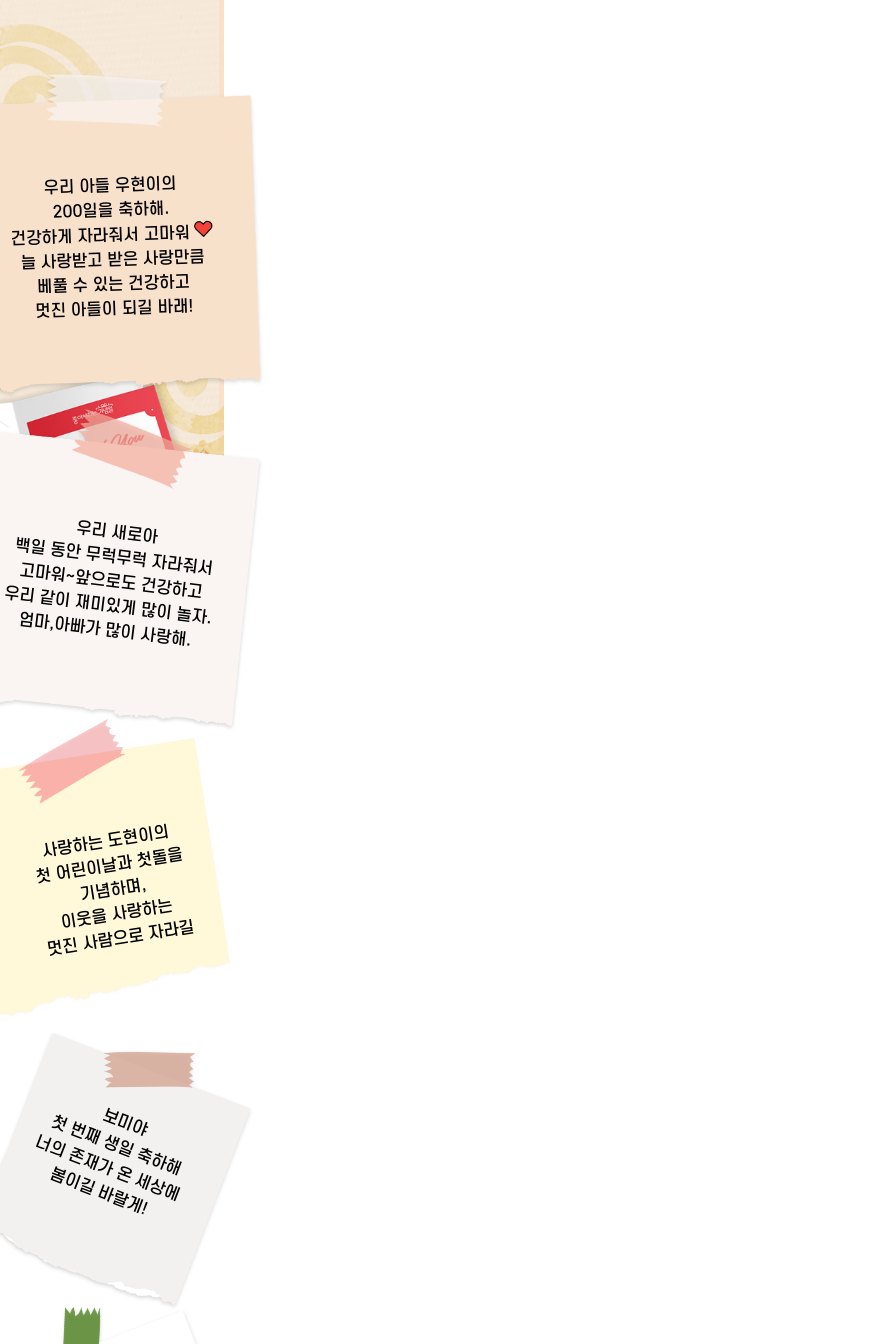
Repository: dlgywls1130/save_the_m320
Page: index.html
These files come from the project's save history. The page is drawn as it stood at one moment and after the next save; the edit follows.
The browser window is 1280 px wide. The pictures show the part of the page from y = 1003 to 2923 px (the page is 10040 px tall), at 70% of full size.

Above is the page before, as saved 2023-12-21 01:06:05.

### index.html
<!DOCTYPE html>
<html lang="en">
<head>
    <meta charset="UTF-8">
    <meta name="viewport" content="width=device-width, initial-scale=1.0">
    <title>세이브더칠드런</title>

    <link rel="stylesheet" href="./css/reset.css">
    <link rel="stylesheet" href="./css/style.css">

</head>
<body>
    <div class="content_body">
        <section class="section_wrapper section01">
            <div class="se01 se_wrapper">
                <div class="seo01_mobile_wrapp">
                    <div class="se01_sub">
                        <div class="sub_logo">
                            <img src="./img/logo01.png" alt="logo">
                        </div>
                        <p>우리 아기 좋은 날 기부</p>
                    </div>
                    <p class="seo01_title">
                        아가야,
                    </p>
                    <p class="seo01_title_two">
                        너의 <span id="rollingText">탄생</span> 순간을 축하해!
                    </p>
                </div>
                <div class="seo01_mobile_wrapp_bottom">
                    <p class="section_descript mb-45">
                        아이의 건강과 행복을
                        <br>바라는 마음을 담아,
                        <br>탄생, 백일, 첫 걸음마, 첫돌 등
                        <br>내 아이의 소중한 순간을
                        <br>기부로 기념해보세요.
                        <br>함께 자라나는 다른 아이들
                        <br>에게도 큰 축복이 됩니다..
                    </p>

                    <a class="donation_link" href="javascript:void(0)">우리 아기 좋은 날 기부</a>
                </div>

            </div>
        </section>
        <section class="section_wrapper section02">
            <div class="se02 se_wrapper">
                <div class="postit_wrapper">
                    <div class="postit postit01">
                        <p>우리 아들 우현이의<br>
                        200일을 축하해.<br>
                        <span>건강하게 자라줘서 고마워 <img src="./img/heart.png"></span>
                        늘 사랑받고 받은 사랑만큼<br>
                        베풀 수 있는 건강하고<br>
                        멋진 아들이 되길 바래!</p>
                    </div>
                    <div class="postit postit02">
                        <p>우리 새로아<Br>
                        백일 동안 무럭무럭 자라줘서<Br>
                        고마워~앞으로도 건강하고<Br>
                        우리 같이 재미있게 많이 놀자.<Br>
                        엄마,아빠가 많이 사랑해.</p>
                    </div>

                    <div class="postit postit05">
                        <p>사랑하는 도현이의<br>
                        첫 어린이날과 첫돌을<br>
                        기념하며, <br>
                        이웃을 사랑하는<br>
                        멋진 사람으로 자라길</p>

                    </div>
                    <div class="postit postit04">
                        <p>보미야<br>
                        첫 번째 생일 축하해<br>
                        너의 존재가 온 세상에<br>
                        봄이길 바랄게!   </p>
                    </div>

                    <div class="postit postit03">
                        <p>서진아<br>
                        우리에게 와줘서 고마워<br>
                        건강하고 행복하게 자라렴.<br>
                        사랑해♡      </p>
                    </div>

                </div>

            </div>
        </section>
        <section class="section_wrapper section03">
            <div class="se_wrapper se03">
                <div class="se_title_co">
                    아기의 좋은 날을<br> 기념해 주신 모든 분들께
                    <br>후원감사증서를 보내드립니다.
                </div>
                <div class="se_sub_co">
                    후원감사증서는<Br> 아기에게 남기고 싶은 메시지와 아기의 좋은 날이 담긴 사진을<br> 보관할 수 있도록
                    만들어드립니다.<br> 먼 훗날, 아기가 성장해 읽게 될 날을 그리며 편지를 써보세요.
                </div>
            </div>

        </section>
        <section class="section_wrapper section04">
            <div class="se_wrapper se04">
                <div class="se_title_co">
                    이름 자수 순면거즈블랭킷
                </div>
                <div class="se_sub_co">
                    30만원 이상 후원하신 분들께는 순면 거즈 아기 블랭킷(90*110)에
                    <Br>원하시는 이름(영문)을 예쁘게 수놓아 드립니다.
                </div>

                <div class="se04_slide mt-85">
                    <div class="se04_slide_list">
                        <img src="./img/slide03.jpg">
                    </div>
                    <div class="se04_slide_list">
                        <img src="./img/slide02.jpg">
                    </div>
                    <div class="se04_slide_list">
                        <img src="./img/slide01.jpg">
                    </div>
                </div>
            </div>
        </section>
        <section class="section_wrapper section05">
            <div class="se_wrapper se05">
                <div class="se_title_co">
                    후원신청 과정
                </div>


                <div class="se_sub_co">
                    30만원 이상 후원해 주신 경우,
                    <br>감사 선물 수령 주소 및 아기 블랭킷에 새겨질 문구 확인을 위한 문자가 발송됩니다.
                </div>

                <div class="se_step_list">
                    <div class="se_step">
                        <p class="step_number">1</p>
                        <div class="step_ico">
                            <img src="./img/icon01.png" alt="img">
                        </div>
                        <p class="step_descript">
                            후원신청하기
                        </p>
                    </div>
                    <div class="se_step">
                        <p class="step_number">2</p>
                        <div class="step_ico">
                            <img src="./img/icon02.png" alt="img">
                        </div>
                        <p class="step_descript">
                            후원감사증서
                            메시지 적기
                        </p>
                    </div>
                </div>
                <div class="se_step_list">
                    <div class="se_step">
                        <p class="step_number">3</p>
                        <div class="step_ico">
                            <img src="./img/icon03.png" alt="img">
                        </div>
                        <p class="step_descript">
                            신청완료
                        </p>
                    </div>
                    <div class="se_step">
                        <p class="step_number">4</p>
                        <div class="step_ico">
                            <img src="./img/icon04.png" alt="img">
                        </div>
                        <p class="step_descript">
                            후원감사증서 발송
                            (1주 이내)
                        </p>
                    </div>
                </div>


                <a class="donation_link" href="javascript:void(0)">우리 아기 좋은 날 기부</a>
            </div>

        </section>
        <section class="section_wrapper section06">
            <div class="se_wrapper se06">
                <div class="se_title_co">
                    후원금, 이렇게 쓰여요!
                </div>
                <div class="se_sub_co">
                    세이브더칠드런은 <Br><span>국내외 아동을 위한 교육,
                    <Br>보호, 보건영양지원,<Br> 아동권리옹호</span> 등의<Br> 활동을 해나가고 있습니다.
                </div>
                <div class="se_sub_co">
                    보내주신 후원금은<Br> 정치, 종교, 인종에 관계없이<Br> 모든 아이를 구해야 한다는
                    <Br>세이브더칠드런의 신념에 따라 <Br><span>가장 도움 필요한 아이를 위해 우선 사용</span>됩니다.
                </div>
            </div>

        </section>
        <section class="section_wrapper section07">
            <div class="se_wrapper se07">
                <div class="se_title_co">
                    FAQ
                </div>
                <div class="accordion">
                    <div class="accordion-item">
                        <h3 class="title">
                            <span>1. 30만원 이상 후원했습니다. <br>거즈 순면 블랭킷은 언제 오나요?</span>
                            <img src="./img/top.png">
                        </h3>
                        <p class="paragraph">
                            우리아기 축하기부로 30만원 이상 후원자님들께는 담요에 수놓을 아기 이름과
                            선물 수령 주소 확인을 위한 문자가 발송됩니다.
                            02-6900-4479로 발송되는 문자 속 설문조사에 답해주세요.
                            확인을 완료하신 분들께는 블랭킷 제작을 담당하고 있는 조니 스튜디오에서
                            아기 이름 자수 작업 완료 후 배송해 드립니다.

                        </p>
                    </div>
                    <div class="accordion-item">
                        <h3 class="title">
                            <span>2. 거즈 순면 블랭킷, 안전한 제품인가요?</span>
                            <img src="./img/top.png">
                        </h3>
                        <p class="paragraph">
                            본 블랭킷은 워싱된 3중 거즈로 제작되었으며, KC안전검사를 완료하였습니다.
                            소재 특성상 섬유 조각이 발생할 수 있어 망에 넣지 않고 3번 정도 물빨래 하시는 것을 권장합니다.

                        </p>
                    </div>
                    <div class="accordion-item">
                        <h3 class="title">
                            <span>3. 거즈 순면 블랭킷을 받았는 데 하자가 있어요. <Br>어떻게 해야 하나요? </span>
                            <img src="./img/top.png">
                        </h3>
                        <p class="paragraph">
                            070-4220-4123 (조니스튜디오 CS)로 전화 연락 부탁드립니다. 하자 물품에 대한 교환은 수령일로부터 7일 이내에 조니스튜디오에 연락해주셔야 하며, 이로 인한 후원금 환불은 어렵습니다.
                        </p>
                    </div>
                    <div class="accordion-item">
                        <h3 class="title">
                            <span>4. 후원감사증서에 넣을 수 있는 사진 사이즈는 <Br>얼마인가요?</span>
                            <img src="./img/top.png">
                        </h3>
                        <p class="paragraph">
                            사진 인화 사이즈 5*7 인치에 맞추어서 제작되었습니다.  그보다 작은 사진일 경우, 후원감사증서
                            내부의 주머니에 넣어 보관하실 수도  있습니다.

                        </p>
                    </div>
                </div>
            </div>

        </section>
        <section class="section_wrapper section08">
            <div class="se_wrapper se08">
                <div class="se08_postion">
                    <p class="se08_title">우리 아기 좋은 날 기부</p>
                    <p class="se08_descript">
                        탄생, 백일, 첫 걸음마, 첫돌...
                        <br>소중한 우리 아기의 성장을 기념해 보세요!
                        <br>아기의 좋은 날이 모여 세상의 행복이 됩니다.
                    </p>
                    <a href="javascript:void(0)" class="more_btn">
                        <p>자세히보기</p>
                        <svg xmlns="http://www.w3.org/2000/svg" width="16" height="16" fill="currentColor" class="bi bi-chevron-right" viewBox="0 0 16 16">
                            <path fill-rule="evenodd" d="M4.646 1.646a.5.5 0 0 1 .708 0l6 6a.5.5 0 0 1 0 .708l-6 6a.5.5 0 0 1-.708-.708L10.293 8 4.646 2.354a.5.5 0 0 1 0-.708z"/>
                        </svg>
                    </a>
                </div>

            </div>
        </section>
    </div>

    <script src="https://ajax.googleapis.com/ajax/libs/jquery/1.12.4/jquery.min.js"></script>
    <script src="./js/main.js"></script>
</body>
</html>

### css/reset.css


html, body, div, span, applet, object, iframe,
h1, h2, h3, h4, h5, h6, p, blockquote, pre,
a, abbr, acronym, address, big, cite, code,
del, dfn, em, img, ins, kbd, q, s, samp,
small, strike, strong, sub, sup, tt, var,
b, u, i, center,
dl, dt, dd, ol, ul, li,
fieldset, form, label, legend,
table, caption, tbody, tfoot, thead, tr, th, td,
article, aside, canvas, details, embed,
figure, figcaption, footer, header, hgroup,
menu, nav, output, ruby, section, summary,
time, mark, audio, video {
	margin: 0;
	padding: 0;
	border: 0;
	font-size: 100%;
	font: inherit;
	vertical-align: baseline;
}

article, aside, details, figcaption, figure,
footer, header, hgroup, menu, nav, section {
	display: block;
}
body {
	line-height: 1;
}
ol, ul {
	list-style: none;
}
blockquote, q {
	quotes: none;
}
blockquote:before, blockquote:after,
q:before, q:after {
	content: '';
	content: none;
}
table {
	border-collapse: collapse;
	border-spacing: 0;
}

### css/style.css

/* root */
:root{
    --main-color:#B17A60;
    --pink-color:#F79497;
}


/* font */

/* dongle */
@font-face {
    font-family: 'Dongle';
    font-weight: 300;
    src: url('../font/Dongle-Light.ttf') format('ttf'),
    url('../font/Dongle-Light.woff') format('woff');
}

@font-face {
    font-family: 'Dongle';
    font-weight: 500;
    src: url('../font/Dongle-Regular.ttf') format('ttf'),
    url('../font/Dongle-Regular.woff') format('woff');
}

@font-face {
    font-family: 'Dongle';
    font-weight: 700;
    src: url('../font/Dongle-Bold.ttf') format('ttf'),
    url('../font/Dongle-Bold.woff') format('woff');
}


/* Gmarket */
@font-face {
    font-family: 'GmarketSans';
    font-weight: 300;
    src: url('../font/GmarketSansLight.ttf') format('ttf'),
    url('../font/GmarketSansLight.woff') format('woff');
}

@font-face {
    font-family: 'GmarketSans';
    font-weight: 500;
    src: url('../font/GmarketSansMedium.ttf') format('ttf'),
    url('../font/GmarketSansMedium.woff') format('woff');
}

@font-face {
    font-family: 'GmarketSans';
    font-weight: 700;
    src: url('../font/GmarketSansBold.ttf') format('ttf'),
    url('../font/GmarketSansBold.woff') format('woff');
}


/* nanumsqure */

@font-face {
    font-family: 'NanumSquare';
    font-weight: 400;
    src: url('../font/NanumSquareL.ttf') format('ttf'),
    url('../font/NanumSquareL.woff') format('woff');
}

@font-face {
    font-family: 'NanumSquare';
    font-weight: 500;
    src: url('../font/NanumSquareR.ttf') format('ttf'),
    url('../font/NanumSquareR.woff') format('woff');
}

@font-face {
    font-family: 'NanumSquare';
    font-weight: 600;
    src: url('../font/NanumSquareB.ttf') format('ttf'),
    url('../font/NanumSquareB.woff') format('woff');
}

@font-face {
    font-family: 'NanumSquare';
    font-weight: 700;
    src: url('../font/NanumSquareEB.ttf') format('ttf'),
    url('../font/NanumSquareEB.woff') format('woff');
}



/* scdream5 */
@font-face {
    font-family: 'SCDream5';
    src: url('../font/SCDream5.woff') format('woff'),
    url('../font/SCDream5.ttf') format('ttf'),
    url('../font/SCDream5.otf') format('otf');
}


.section_wrapper{
    max-width:320px;
    width: 100%;

}

.se_wrapper{
    max-width: 320px;
    width: 100%;
    position: relative;
    box-sizing: border-box;
}


/* section01 */


.section01{
    background: url(../img/back01.jpg) no-repeat;
    height: 1000px;
    background-size: cover;
    background-position: 86%;
}

.se01{
    padding: 60px 20px;
    box-sizing: border-box;
    height: 100%;
    position: relative;
    display: flex;
    flex-direction: column;
    justify-content: space-between;
}
.se01_sub{
    display: flex;
    align-items: center;
    margin-bottom: 30px;
    flex-direction: column;
}

.sub_logo{
    width: 125px;
    height: 40px;
    margin-right: 10px;
}

.sub_logo img{
    width: 100%;
    height: 100%;
    object-fit: contain;
}

.se01_sub p{
    width: 190px;
    height: 30px;
    background: #B17A60;
    border-radius: 15px;
    display: flex;
    align-items: center;
    justify-content: center;
    letter-spacing: -0.03em;
    font-size: 15px;
    font-weight: 700;
    font-family: 'GmarketSans',sans-serif;
    color: #fff;
}

.seo01_title{
    font-family: 'Dongle',sans-serif;
    font-weight: 500;
    font-size: 100px;
    color: var(--main-color);
    letter-spacing: -0.03em;
    text-align: center;
}

.seo01_title_two{
    font-family: 'Dongle',sans-serif;
    font-weight: 500;
    font-size: 50px;
    color: var(--main-color);
    letter-spacing: -0.03em;
    margin-top: -7%;
    margin-bottom: 50px;
    display: flex;
    align-items: center;
    white-space: nowrap;
    text-align: center;
}

.seo01_title_two span{
    margin: 0 0.5rem;
}
.section_descript{
    font-size: 15px;
    line-height: 25px;
    font-family: 'GmarketSans';
    font-weight: 500;
    letter-spacing: -0.03em;
    color: #000;
    text-align: center;
}

.donation_link{
    width: 300px;
    height: 50px;
    border-radius: 100px;
    display: flex;
    align-items: center;
    justify-content: center;
    background: var(--pink-color);
    color: #fff;
    font-family: 'GmarketSans';
    font-size: 20px;
    font-weight: 700;
    letter-spacing: -0.03em;
    text-decoration: none;
    margin: 40px auto 0;
}


@keyframes roll {
    from {
        transform: translateY(40%);
        opacity: 0;
    }
    to {
        transform: translateY(0);
        opacity: 1;
    }
  }


  #rollingText.animate-text {
    animation: roll 0.5s ease-in-out;
}

/* section02 */

.section02{
    height: 2800px;
    background: url('../img/back02.jpg') no-repeat;
}

.se02{
    box-sizing: border-box;
    height: 100%;
}
.postit_wrapper{
    width: 100%;
    padding: 76px 60px 96px;
    position: relative;
    display: flex;
    flex-direction: column;
    align-items: center;
    box-sizing: border-box;
}

.ex_text{
    font-family: 'GmarketSans';
    font-size: 20px;
    font-weight: 500;
    letter-spacing: -0.03em;
}


.postit p img{
    width: 26px;
    height: 26px;
    object-fit: contain;
}
.postit p{
    font-family: 'SCDream5';
    font-size: 23px;
    line-height: 35px;
    text-align: center;
    display: flex;
    justify-content: center;
    align-items: center;
    flex-direction: column;
    height: 100%;
}

.postit01{
    background:url('../img/post04.png') no-repeat;
    width: 520px;
    height: 520px;
    background-size: contain;
    box-sizing: border-box;
}

.postit01 p{
    transform: rotate(358deg);
    padding-top: 20px;
}

.postit02{
    background: url('../img/post05.png') no-repeat;
    width: 510px;
    height: 510px;
    background-size: contain;
    box-sizing: border-box;
    margin-top: -19%;
}

.postit02 p{
    transform: rotate(7deg);
    padding-top: 20px;
}

.postit03{
    background:url('../img/post02.png') no-repeat;
    width: 459px;
    height: 459px;
    background-size: contain;
    box-sizing: border-box;
    margin-top: -25%;
    transform: rotate(-14deg);
}

.postit03 p{
    transform: rotate(-7deg);
    padding-top: 20px;
}

.postit04{
    background: url(../img/post03.png) no-repeat;
    width: 440px;
    height: 440px;
    background-size: cover;
    box-sizing: border-box;
    margin-top: -24%;
    transform: rotate(14deg);
}

.postit04 p{
    transform: rotate(7deg);
}

.postit05{
    background:url('../img/post01.png') no-repeat;
    width: 460px;
    height: 460px;
    background-size: contain;
    box-sizing: border-box;
    margin-top: -22%;
}

.postit05 p{
    transform: rotate(-9deg);
    padding-top: 20px;
}

/* section03 */

.section03{
    height: 1200px;
    background: url('../img/back03.jpg') no-repeat;
}

.se03{
    padding: 200px 60px 96px;
    box-sizing: border-box;
    height: 100%;
}


.se_title_co{
    font-size: 80px;
    line-height: 80px;
    letter-spacing: -0.03em;
    font-family: 'Dongle';
    font-weight: 500;
    color: var(--main-color);
    text-align: center;
}

.se_sub_co{
    font-size: 20px;
    letter-spacing: -0.03em;
    line-height: 30px;
    font-family: 'GmarketSans';
    font-weight: 500;
    text-align: center;
    margin-top: 30px;
}

/* section04 */

.section04{
    height: 1740px;
    background: url('../img/back04.jpg') no-repeat;
}

.se04{
    padding: 80px 0 130px;
    box-sizing: border-box;
    height: 100%;
}

.se04_slide{
    margin: 60px auto 0;
    padding: 0 60px;
}


.se04_slide_list{
    width: 520px;
    height: 440px;
    border-radius: 9px;
    margin-bottom: 25px;
}

.se04_slide_list img{
    width:100%;
height: 100%;
object-fit: cover;
border-radius: 15px;
}
/* section05 */
.section05{
    height: 1000px;
    background: url('../img/back05.jpg') no-repeat;
}

.se05{
    padding: 80px 60px 140px;
    box-sizing: border-box;
    height: 100%;
}

.se_step_list{
    display: flex;
    align-content: center;
    margin-top: 20px;
    position: relative;
    flex-wrap: wrap;
    justify-content: space-between;
}


.se_step_list .se_step{
    position: relative;
    display: flex;
    flex-direction: column;
    align-items: center;
}

.step_number{
    font-size: 25px;
    letter-spacing: -0.03em;
    line-height: 35px;
    font-weight: 700;
    font-family: 'GmarketSans';
    position: absolute;
    left: 19%;
    top: 0;
    color: var(--main-color);
    z-index: 2;
}

.se_step_list .se_step .step_ico{
    width: 200px;
    height: 200px;
    border-radius: 50%;
    background-color: #fff;
    display: flex;
    align-items: center;
    justify-content: center;
    position: relative;
    z-index: 1;
}

.se_step_list .se_step .step_ico img {
    width: 138px;
    height: 138px;
    object-fit: contain;
    object-position: 73%;
}

.step_descript{
    font-size: 20px;
    letter-spacing: -0.03em;
    line-height: 23px;
    font-weight: 500;
    font-family: 'GmarketSans';
    text-align: center;
    margin-top: 20px;
    color: var(--main-color);
}


.section05 .donation_link{
    margin: 70px auto 0;
}


/* section06 */
.section06{
    height:800px;
    background: url('../img/back06.jpg') no-repeat;
}

.se06{
    padding: 155px 0;
    height: 100%;
    box-sizing: border-box;
}


.se_sub_co span{
    font-weight: 700;
}
/* section07 */

.section07{
    height:1000px;
    background: url('../img/back07.jpg') no-repeat;
}

.se07{
    padding: 100px 0;
    height: 100%;
    box-sizing: border-box;
}


.accordion{
    margin-top: 38px;
}
.accordion-item {
    padding:15px 30px;
    margin: 0;
    overflow: hidden;
}

.accordion-item .title {
    display: flex;
    justify-content: space-between;
    align-items: center;
    font-weight: 700;
    font-size: 20px;
    line-height: 30px;
    letter-spacing: -0.03em;
    cursor: pointer;
    width: 100%;
    height: 100px;
    border-radius: 50px;
    background-color: #fff;
    color: var(--main-color);
    padding: 0 50px;
    font-family: 'GmarketSans';
    box-sizing: border-box;
    text-indent: -10px;
}

.accordion-item .title img {
    font-size: 0.9rem;
    color: #454545;
    transform: rotate(0);
    transition: transform 0.15s ease;
}

.accordion-item .paragraph {
    font-weight: 500;
    font-size: 20px;
    letter-spacing: -0.03em;
    color: #000;
    display: none;
    padding: 30px 35px 15px;
    list-style: inside;
    line-height: 30px;
    font-family: 'GmarketSans';
}

.accordion-item .paragraph .indent{
    text-indent: 1rem;
}


.accordion-item .paragraph span{
    font-weight: bold;
}

.accordion-item.active .title img{
    transform: rotate(180deg);
}

.accordion-item.active .paragraph {
    display: block;
}


/* section08 */

.section08{
    height:500px;
    background: url('../img/banner.jpg') no-repeat;
}
.se08{
    position: relative;
    height: 100%;
}

.se08_postion{
    display: flex;
    align-items: center;
    justify-content: center;
    flex-direction: column;
    height: 100%;
}

.se08_title{
    font-family: 'NanumSquare';
    font-weight: 600;
    font-size: 30px;
    letter-spacing: -0.05em;
    line-height: 50px;
    position: relative;
    text-align: center;
    margin-bottom: 30px;
}



.se08_descript{
    font-family: 'NanumSquare';
    font-weight: 500;
    font-size: 20px;
    line-height: 30px;
    letter-spacing: -0.05em;
    text-align: center;
}

.more_btn{
    margin-top: 38px;
    width: 150px;
    height: 40px;
    background: #543F2C;
    display: flex;
    align-items: center;
    justify-content: center;
    text-decoration: none;
}

.more_btn p{
    font-family: 'NanumSquare';
    font-weight: 500;
    font-size: 18px;
    color: #fff;

}

.more_btn svg{
    fill: #fff;
}

Loaded but not shown: js/main.js (46 lines, source omitted)

After the next save:
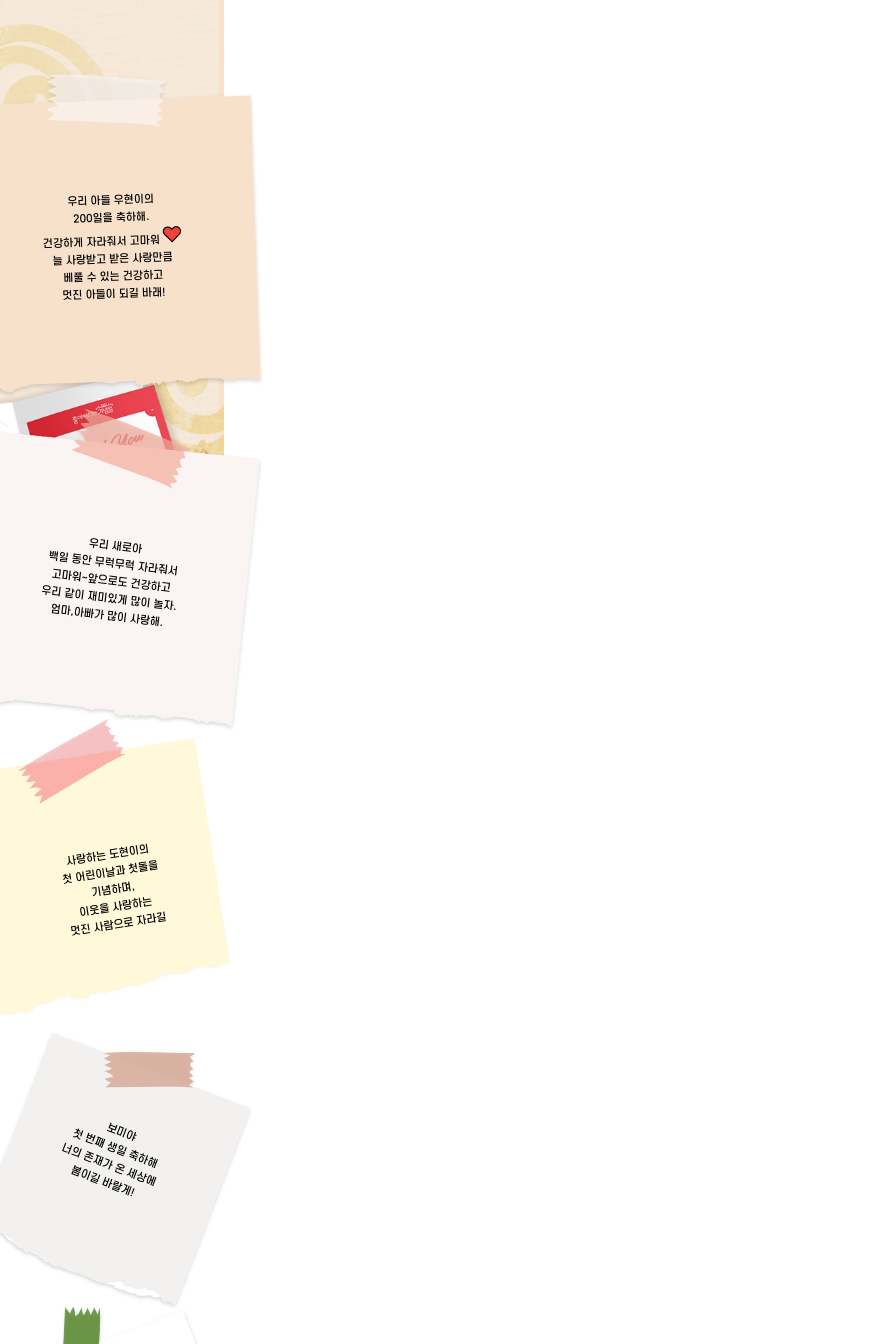
Saved 79 s later.
--- a/css/style.css
+++ b/css/style.css
@@ -268,8 +268,8 @@
 }
 .postit p{
     font-family: 'SCDream5';
-    font-size: 23px;
-    line-height: 35px;
+    font-size: 15px;
+    line-height: 25px;
     text-align: center;
     display: flex;
     justify-content: center;
